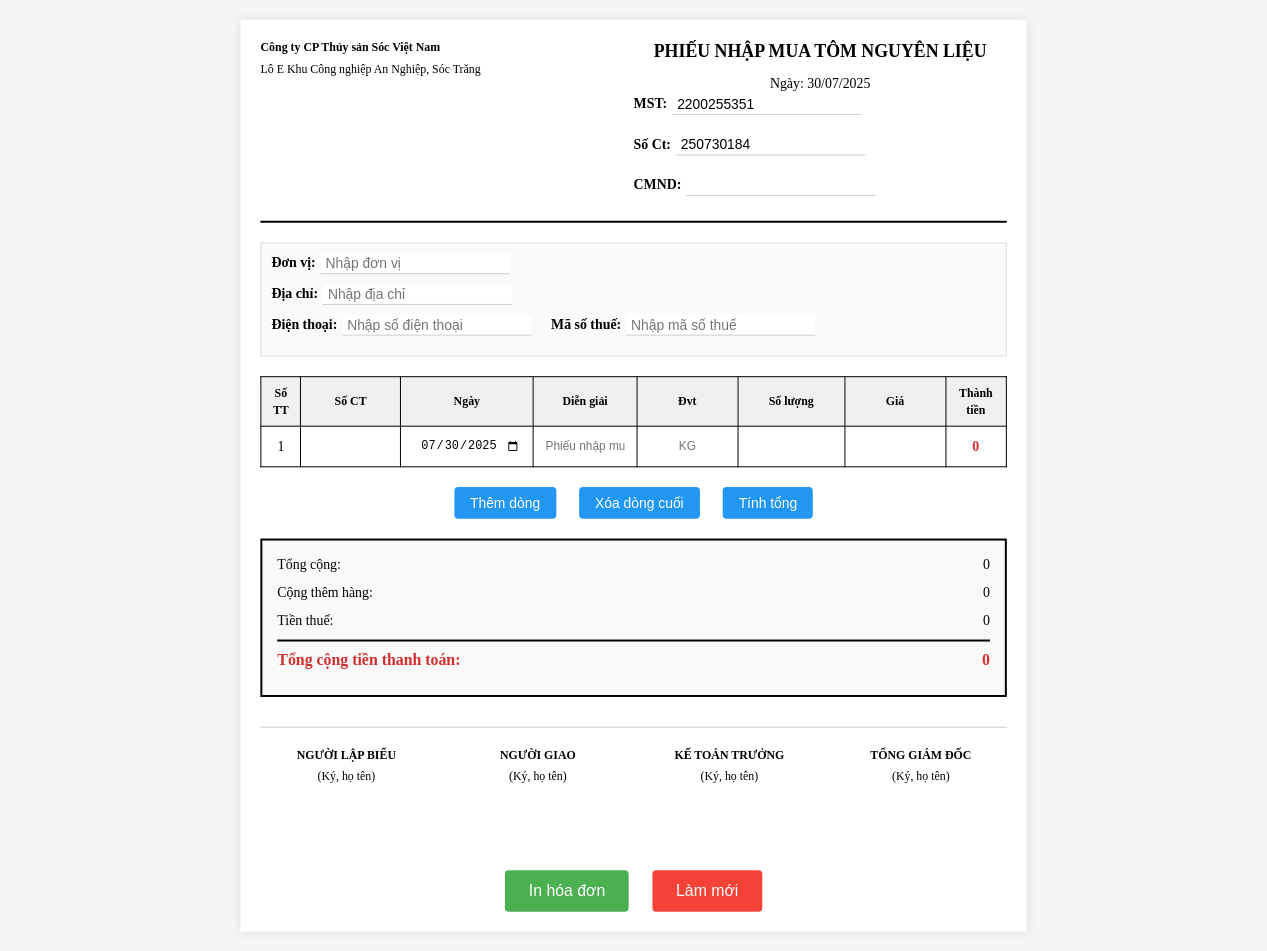
Repository: manhtuong0503/tom-nguyen-lieu
Page: index.html
An editor plug-in stored every save of this project. The page is shown before and after the next save, followed by the edit.
The browser window is 1280 px wide. The pictures show the whole page, at 99% of full size.

Above is the page before, as saved 2025-07-30 21:57:34.

After the next save:
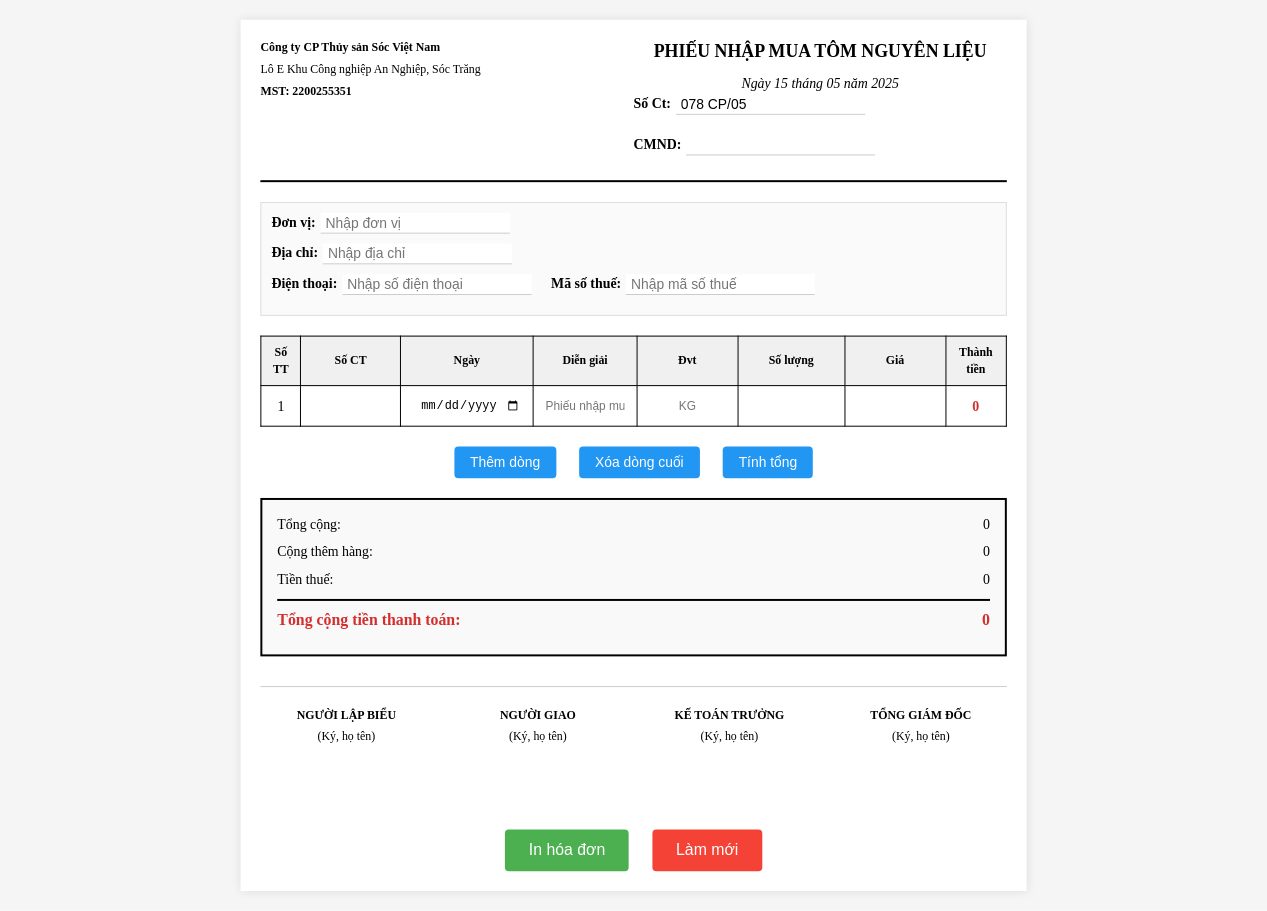
Console error: TypeError: Cannot set properties of null (setting 'textContent')
Saved 14 s later.
--- a/index.html
+++ b/index.html
@@ -12,13 +12,13 @@
             <div class="company-info">
                 <p><strong>Công ty CP Thủy sản Sóc Việt Nam</strong></p>
                 <p>Lô E Khu Công nghiệp An Nghiệp, Sóc Trăng</p>
+                <p><strong>MST: 2200255351</strong></p>
             </div>
             <div class="document-info">
                 <h2>PHIẾU NHẬP MUA TÔM NGUYÊN LIỆU</h2>
-                <p>Ngày: <span id="current-date"></span></p>
+                <p><em>Ngày 15 tháng 05 năm 2025</em></p>
                 <div class="form-row">
-                    <label>MST: <input type="text" id="mst" value="2200255351"></label>
-                    <label>Số Ct: <input type="text" id="soCt"></label>
+                    <label>Số Ct: <input type="text" id="soCt" value="078 CP/05"></label>
                     <label>CMND: <input type="text" id="cmnd"></label>
                 </div>
             </div>
